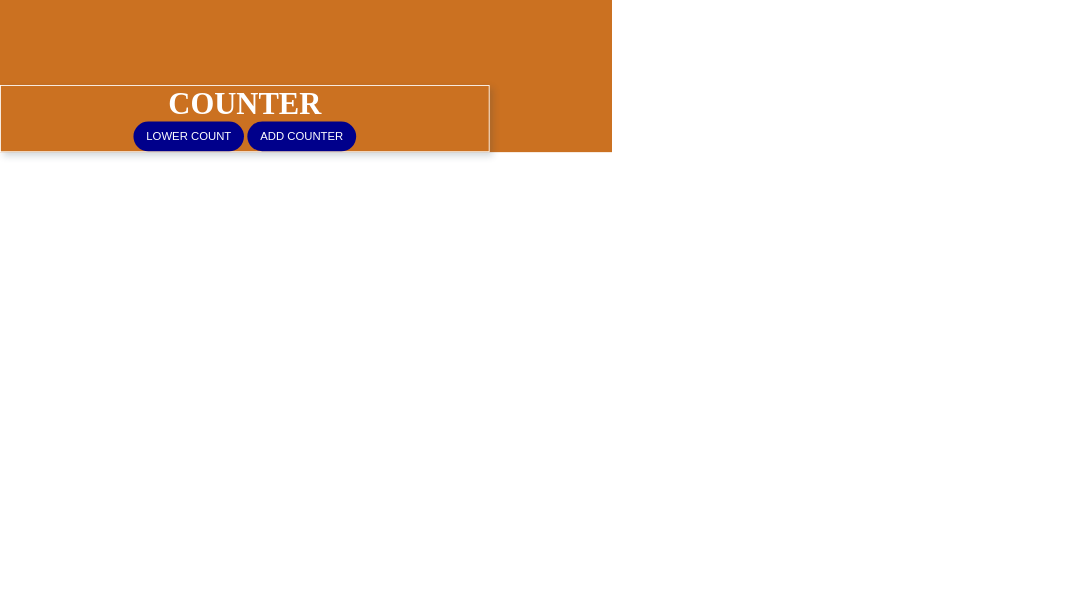
Repository: lusine-tech/counter
Page: index.html
The author's editor kept a copy of each file at every save. The page is drawn from the files as they stood at one save, then again after a run of saves.
The browser window is 1280 px wide. The pictures show the whole page, at 85% of full size.

Above is the page before, as saved 2022-02-14 16:59:22.

### index.html
<!DOCTYPE html>
<html lang="en">
<head>
    <meta charset="UTF-8">
    <meta http-equiv="X-UA-Compatible" content="IE=edge">
    <meta name="viewport" content="width=device-width, initial-scale=1.0">
    <link rel="stylesheet" href="style.css">
    <title>counter</title>
</head>
<body>
    <section class="background">
        <div class="block">
            <h3 class="title">Counter</h3>
            <p class="num"></p>
    <div class="buttons">
       <button class="btn" id="btn-left">lower count</button>
       <button class="btn" id="btn-right">add Counter</button>
    </div>
    </div>
    </section>
   <script src="/script.js"></script>
</body>
</html>

### style.css
*{
    margin: 0;
    padding: 0;
    box-sizing: border-box;
}

.background {
    width: 100vh;
    height: 100w;
    background-color: #cb7121;
    text-align: center;
   padding-top: 100px;
}

.block {
    width: 80%;
    border: 1px solid #fff;
    -webkit-box-shadow: 4px 4px 8px 0px rgba(34, 60, 80, 0.2);
-moz-box-shadow: 4px 4px 8px 0px rgba(34, 60, 80, 0.2);
box-shadow: 4px 4px 8px 0px rgba(34, 60, 80, 0.2);
}
.title {
    color: #fff;
    font-size: 36px;
    text-transform: uppercase;
}
.num {
    font-size: 56px;
}
.btn {
    padding: 10px 15px;
    color: #fff;
    border-radius: 20px;
    cursor: pointer;
    transition: 0.5s ease;
    border: none;
    outline: none;
    background-color: #00008B;
    text-transform: uppercase;
}

Loaded but not shown: script.js (no copy from this time; the picture is the same without it)

After the next 2 saves:
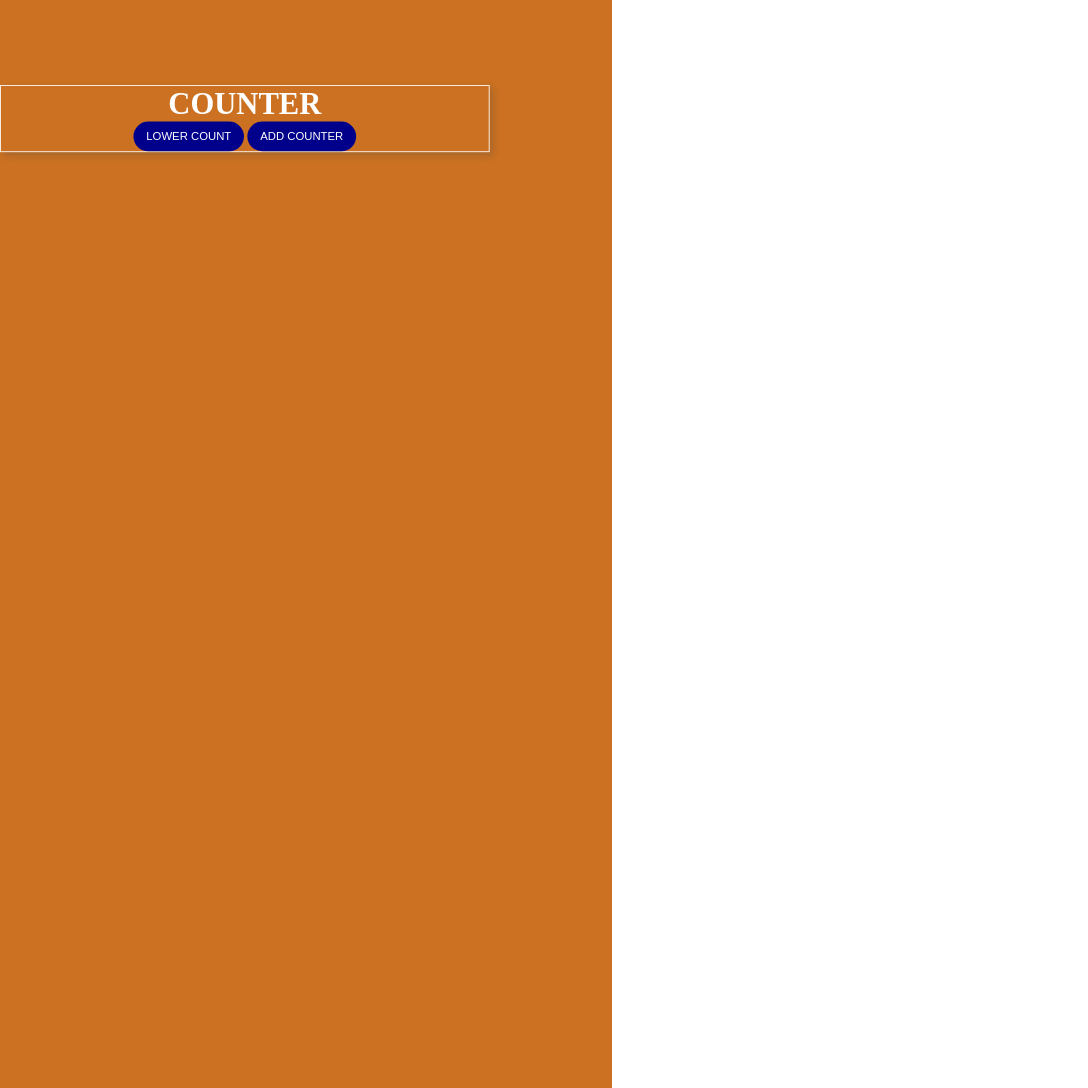
The 2 saves are shown as one change because they came seconds apart.
The last was saved 7 s later.
--- a/style.css
+++ b/style.css
@@ -6,7 +6,7 @@
 
 .background {
     width: 100vh;
-    height: 100w;
+    height: 100vw;
     background-color: #cb7121;
     text-align: center;
    padding-top: 100px;
